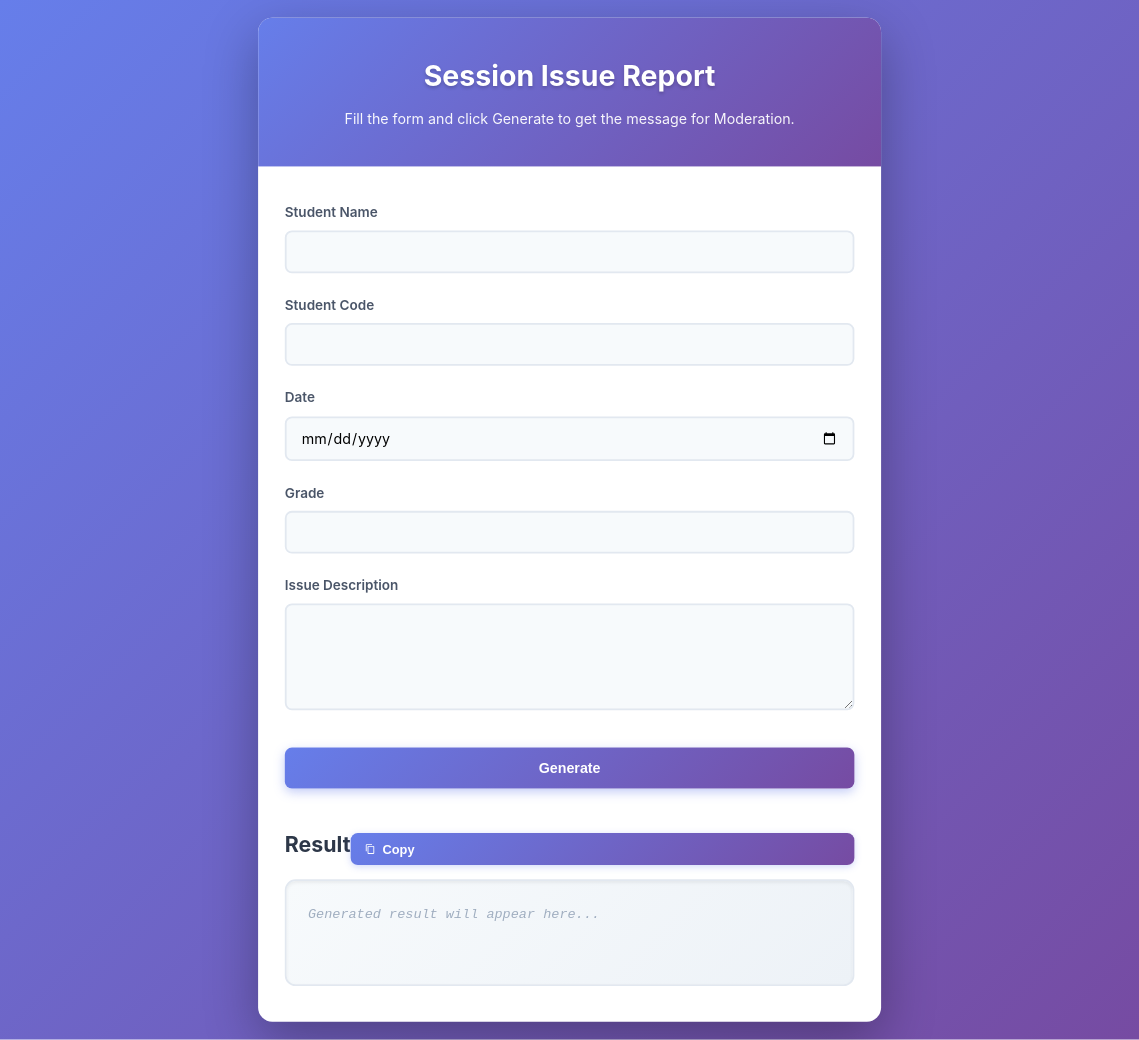
Repository: shklala/feedback-creator
Page: index.html
An editor plug-in stored every save of this project. The page is shown before and after the next save, followed by the edit.
The browser window is 1280 px wide. The pictures show the whole page, at 89% of full size.

Above is the page before, as saved 2025-11-15 18:54:15.

After the next save:
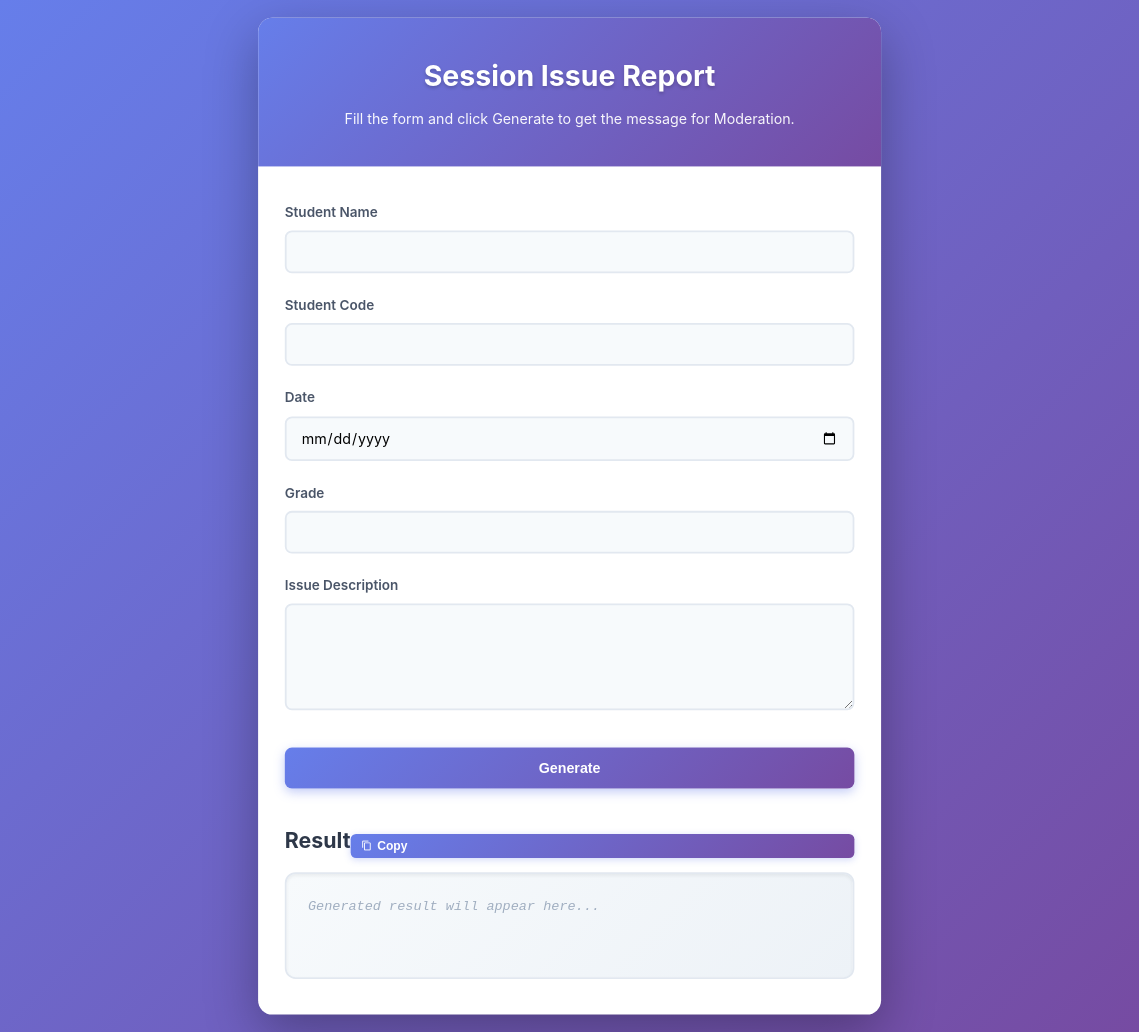
Saved 18 s later.
--- a/index.html
+++ b/index.html
@@ -141,13 +141,13 @@
         .copy-button {
             display: flex;
             align-items: center;
-            gap: 8px;
-            padding: 10px 16px;
+            gap: 6px;
+            padding: 6px 12px;
             background: linear-gradient(135deg, #667eea 0%, #764ba2 100%);
             color: white;
             border: none;
-            border-radius: 8px;
-            font-size: 0.9rem;
+            border-radius: 6px;
+            font-size: 0.85rem;
             font-weight: 600;
             cursor: pointer;
             transition: all 0.3s ease;
